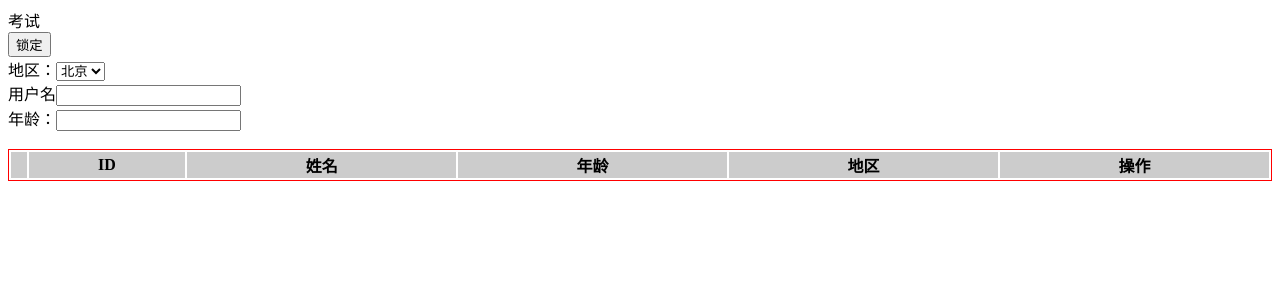
Repository: Sjl-2114/2006z
Page: / (app in A卷/vue-kaoshi/)
The author's editor kept a copy of each file at every save. The page is drawn from the files as they stood at one save, then again after a run of saves.
The browser window is 1280 px wide. The pictures show the whole page.
The project was rebuilt for these pictures with package versions that can differ from the ones it lists, and the page was loaded fresh each time.

Above is the page before, as saved 2021-04-28 16:02:40.

After the next 2 saves:
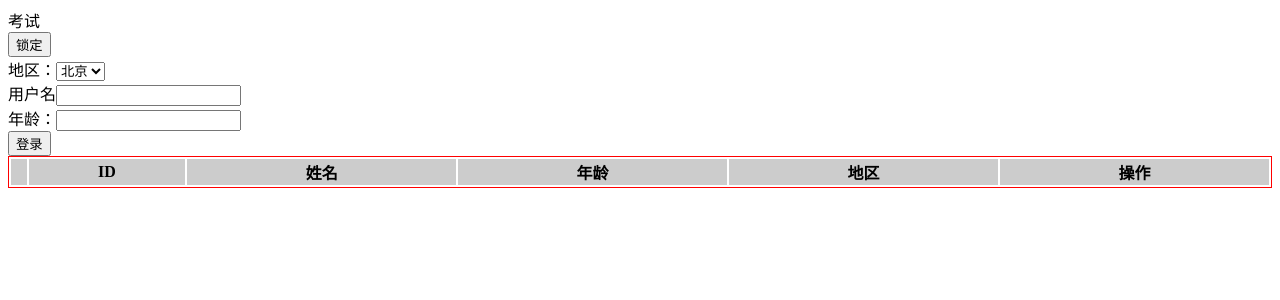
The 2 saves are shown as one change because they came seconds apart.
The last was saved 7 s later.
--- a/A卷/vue-kaoshi/src/App.vue
+++ b/A卷/vue-kaoshi/src/App.vue
@@ -17,7 +17,7 @@
     <span>年龄：</span>
     <input type="number" v-model="age">
     <br>
-
+    <button>登录</button>
     <br>
     <table style="width:100%" class="table">
         <thead>
